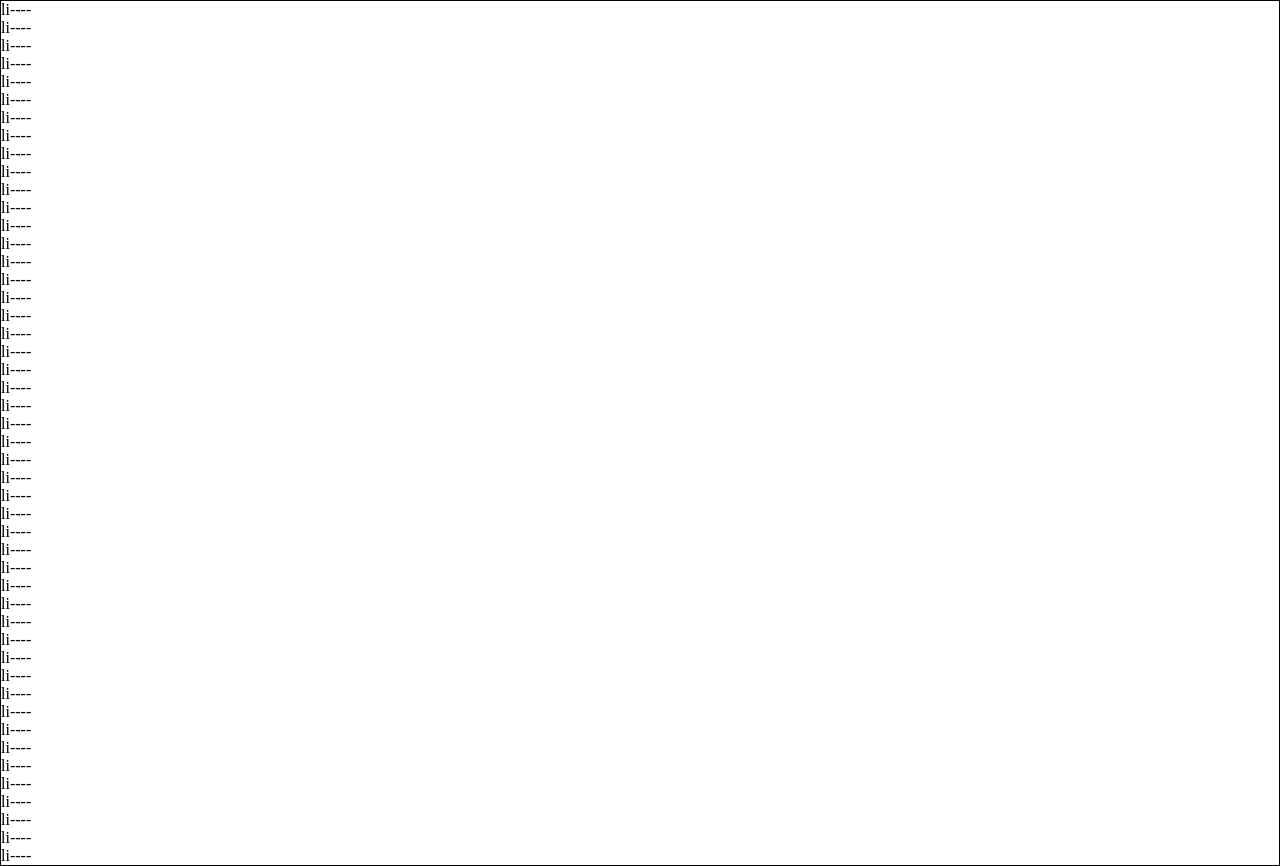
Repository: qirong77/milk-editor
Page: src/renderer/src/common/scroll.html
The author's editor kept a copy of each file at every save. The page is drawn from the files as they stood at one save, then again after the next save.
The browser window is 1280 px wide. The pictures show the whole page.

Above is the page before, as saved 2022-10-23 03:15:32.

### src/renderer/src/common/scroll.html
<!DOCTYPE html>
<html lang="en">
  <head>
    <meta charset="UTF-8" />
    <meta http-equiv="X-UA-Compatible" content="IE=edge" />
    <meta name="viewport" content="width=device-width, initial-scale=1.0" />
    <title>Document</title>
  </head>
  <style>
    * {
      margin: 0;
      padding: 0;
    }
    ul {
      /* height: 300px; */
      border: 1px solid black;
    }
  </style>
  <body>
    <ul>
      <li>li----</li>
      <li>li----</li>

      <li>li----</li>

      <li>li----</li>

      <li>li----</li>
      <li>li----</li>
      <li>li----</li>
      <li>li----</li>
      <li>li----</li>
      <li>li----</li>
      <li>li----</li>
      <li>li----</li>
      <li>li----</li>
      <li>li----</li>
      <li>li----</li>
      <li>li----</li>
      <li>li----</li>
      <li>li----</li>
      <li>li----</li>
      <li>li----</li>
      <li>li----</li>
      <li>li----</li>
      <li>li----</li>
      <li>li----</li>
      <li>li----</li>
      <li>li----</li>
      <li>li----</li>
      <li>li----</li>
      <li>li----</li>
      <li>li----</li>
      <li>li----</li>
      <li>li----</li>
      <li>li----</li>
      <li>li----</li>
      <li>li----</li>
      <li>li----</li>
      <li>li----</li>
      <li>li----</li>
      <li>li----</li>
      <li>li----</li>
      <li>li----</li>
      <li>li----</li>
      <li>li----</li>
      <li>li----</li>
      <li>li----</li>
      <li>li----</li>
      <li>li----</li>
      <li>li----</li>
    </ul>
  </body>
</html>

After the next save:
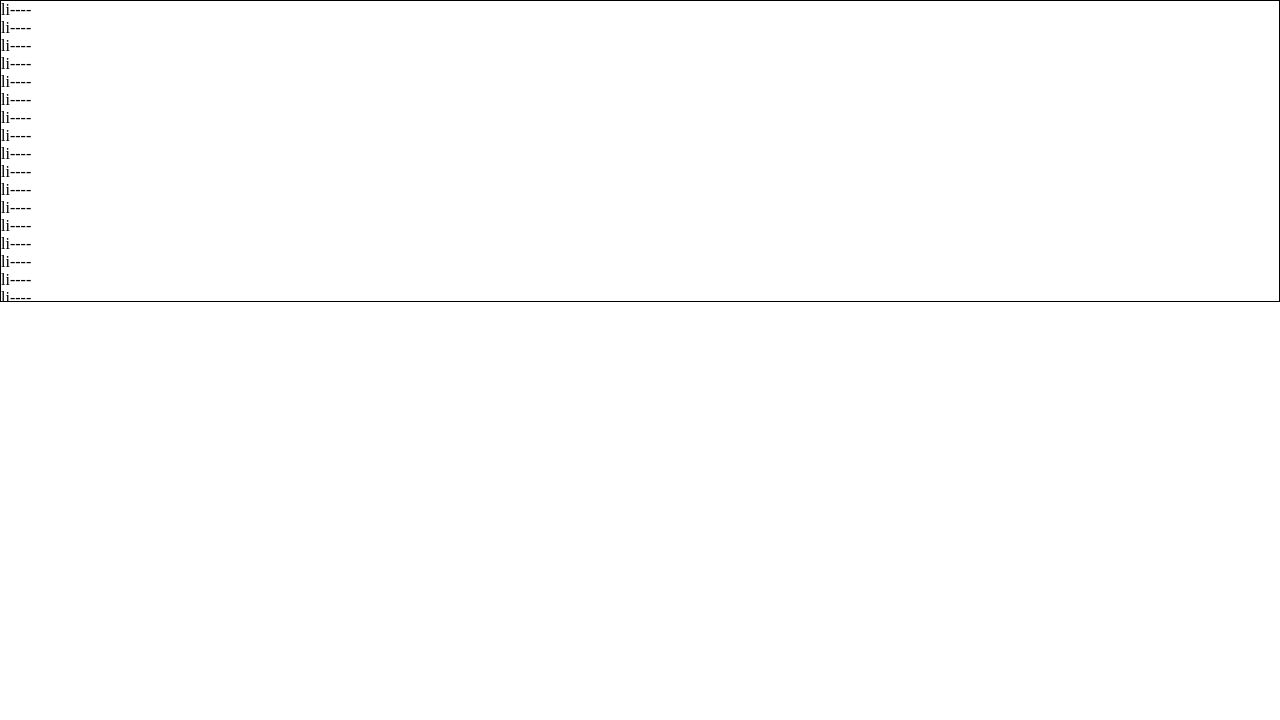
Saved 108 s later.
--- a/src/renderer/src/common/scroll.html
+++ b/src/renderer/src/common/scroll.html
@@ -12,7 +12,8 @@
       padding: 0;
     }
     ul {
-      /* height: 300px; */
+      height: 300px;
+      overflow: scroll;
       border: 1px solid black;
     }
   </style>
